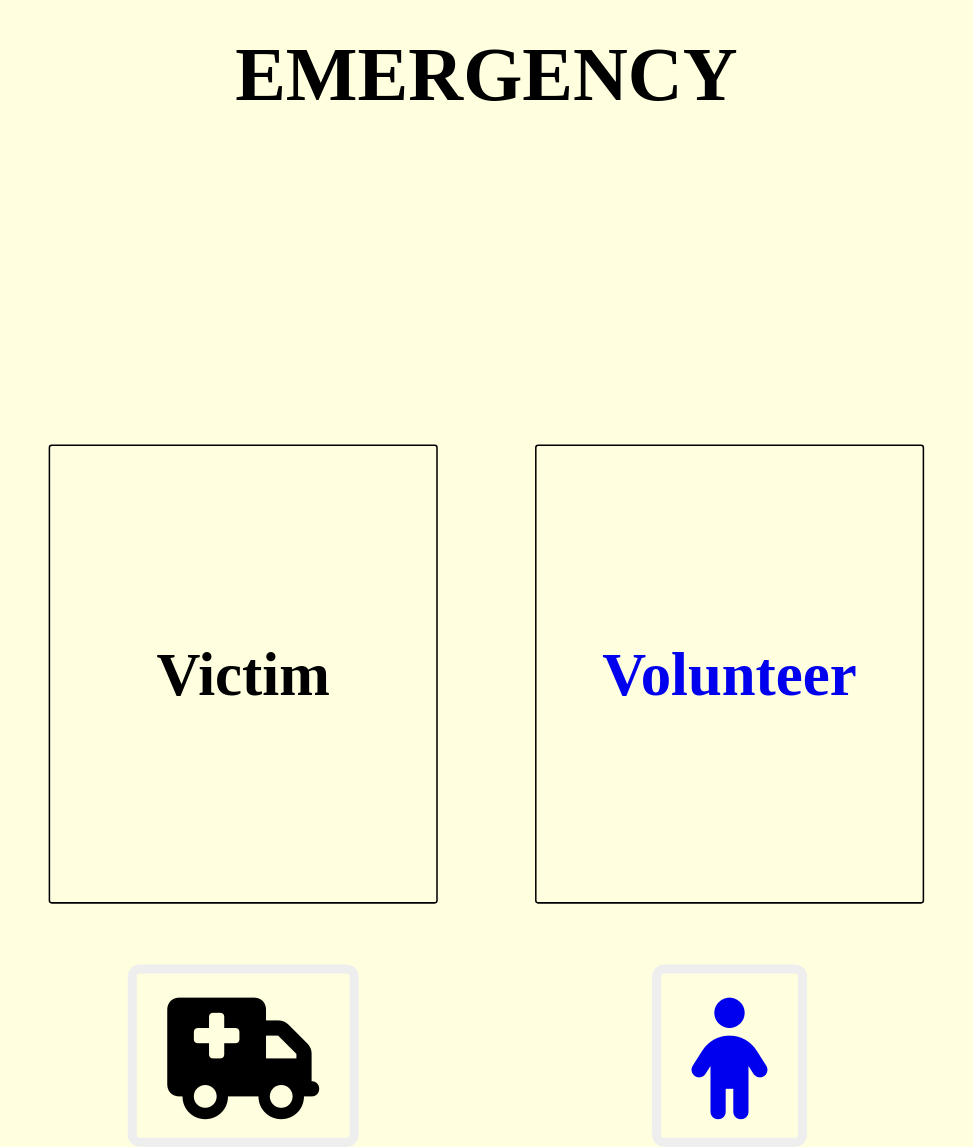
Repository: KittichoteKamalapirat/EMS-management-system
Page: index.html
The author's editor kept a record of every edit. The page is drawn from the files as they stood at one moment, then again after the next edit.
The browser window is 1280 px wide. The pictures show the whole page, at 76% of full size.
Some web libraries are served in a nearby version.

Above is the page before.
Console error: ReferenceError: $ is not defined

### index.html
<!DOCTYPE>
<!DOCTYPE html>
<html>
<head>
    <meta charset = "utf-8">
    <link rel = "stylesheet" href="/css/index.css" type="text/css" />
    <script src="https://use.fontawesome.com/804afe4c6e.js"></script>

    <!--<link rel = "stylesheet" href="/css/hamburger.css" type="text/css" />-->
    <!--<script src="https://ajax.googleapis.com/ajax/libs/jquery/3.3.1/jquery.min.js"></script>-->


</head>

<body>
    <header class = "head-list">
        <h2 class = "head-tag">EMERGENCY</h2>
    </header>
    <div class = "splet-boxes">
    <div class="left-box">
        <p>Victim</p>
        <i class="fa fa-ambulance fa-2x fa-border"></i>
    </div>

    <a href="/skills"><div class="right-box">

        <p>Volunteer</p>
        <i class="fa fa-child fa-2x fa-border"></i>
    </div>
    </a>
    </div>

    <script src='/javascript/index.js'></script>

</body>

</html>

### public/css/index.css
body {
  background: #FFFFE0;
}

  /* Always set the map height explicitly to define the size of the div
       * element that contains the map. */
      #map {
        height: 100%;
      }
      /* Optional: Makes the sample page fill the window. */
      html, body {
        height: 100%;
        margin: 0;
        padding: 0;
      }


/*modal box*/

.head-tag{
  margin-top: 40px;
}
.bg-modal {
  width:100%;
  height: 100%;
  background-color: rgba(0, 0, 0, 0.8);
  position: absolute;
  top: 0;
  display: none;
  justify-content: center;
  align-items: center; }


.bg-modal .close {
  position: absolute;
  font-size: 3rem;
　right: 1rem;
  top: 0, 5rem;
  transform: rotate(45deg);
  cursor: pointer; }


.box{
  display: grid¥;
  justify-content: center;
  margin: 0 auto;
  padding: 5rem;
  width: 50%;
  background-color: white;
  position: relative;
 }

 /*html1について*/
.header {
  height: 100px;
  width:100%;
  gackgroud: #E9967A;
}
.splet-boxes {
  margin-top: 350px;
}

.left-box {
  margin-left:5%;
  font-size: 80px;
  float: left;
  width:40%;
  text-align: center;
  height: 600px;
  line-height: 600px;
  cursor: pointer;
}
p {
  font-weight: bold;
  border-radius: 4px;
  border: 2px solid black;
}

.right-box {
  margin-right:5%;
  font-size: 80px;
  float: right;
  width:40%;
  text-align: center;
  height: 600px;
  line-height: 600px;
  cursor: pointer;
}
.left-box p:hover {
  background: #FF0000;
  opacity: 0.7;
}
.right-box p:hover {
  background: #66FF99;
  opacity: 0.7;
}


/*html２について*/
.select-skill {
  font-size: 100px;
  text-align: center;
  font-weight: bold;
  margin-top: 100px;
}
li > input {
  position:relative;
   width: 50px;
   height:50px;
  float: left;
  margin: 50px 40px 0 20px;
  transform:scale(1.5);
}

.scrollWrap {
  width: 100%;
  margin: 0px auto;
  overflow: auto;
}
.scrollContent ul {
  margin-top: 50px;
  list-style: none;
  background: white;
  padding: 0;
  position: relative;
}
.scrollContent ul li {
  margin-bottom: 30px;
  font-size: 30px;
  height: 150px;
  line-height: 150px;
  border:1px solid black;
  border-left: solid 6px #2d8fdd;
  position: relative;
}
.selected {
  background: #FFDDFF;
  opacity: 0.5;
}
/*スクロールバーの幅*/
::-webkit-scrollbar {
    width: 6px;
}
/*スクロールバーのレール*/
::-webkit-scrollbar-track {
  border-radius: 30px;
  background: #eee;
}
/*スクロールバーのつまみ*/
::-webkit-scrollbar-thumb {
  border-radius: 30px;
  background: #81D4FA;
}

a {
  text-decoration: none;
}

#decide {
  margin:100px auto 100px;
  font-size: 60px;
  width: 600px;
  padding: 20px 60px 30px 60px;
  text-align: center;
  display: block;
  color: white;
  background: rgb(34,181,115);
　font-size: 70px;
　border-radius: 20px;
　text-align: center;
　line-height: 100px;
}


/*html3について*/
h2 {
  text-align: center;
  font-size: 100px;
}
.loading {
  margin-top: 300px;
}

.icon {
  margin: 0 auto;
  width: 100%;
  text-align: center;
  font-size: 100px;
  transition: .4s;
}
.wait {
  margin-top: 0;
}
.thanks {
  margin: 0 auto;
  width: 100%;
  text-align: center;
  font-size: 100px;
}

.container{
    margin: 0 auto;
    text-align:center;
}
.can {
  margin-top: 300px;
}

#loading{
    margin: 0 auto;
    display: block;
    width: 400px;
}
.fa-check-circle:before {
  color: rgb(34,181,115);
}

.go {
  margin:350px auto 100px;
  text-decoration: none;
  text-align: center;
  font-size: 50px;
  border:1px solid black;
  border-radius: 5px;
  display: block;
  color:white;
  background: rgb(34,181,115);
  width:600px;
  height: 100px;
  line-height: 100px;
}


/*direction button for map page*/

#map{
  position: fixed;
  z-index:0;
}
.direction-button{
  font-size: 20px;
  position: relative;
  color: white;
  bottom: 60px;
  left: 20px;
  z-index:10;
  padding: 10px 20px;
  border-radius: 5px;
  background-color: rgb(0,113,188);
  box-shadow: 5px 5px 5px rgba(0, 0, 0, .5);
}

### public/javascript/index.js
// turn 3 stripes to X
$("#hamburger").click(function(){
  $("#hamburger").toggleClass("is-active")
});

// toggle nav bar
$("#hamburger").click(function(){
  $("ul").toggleClass("active")
});

// $("#hamburger").click(function(){
//   $(".backtohome").toggleClass("not-active")
// });

After the next edit:
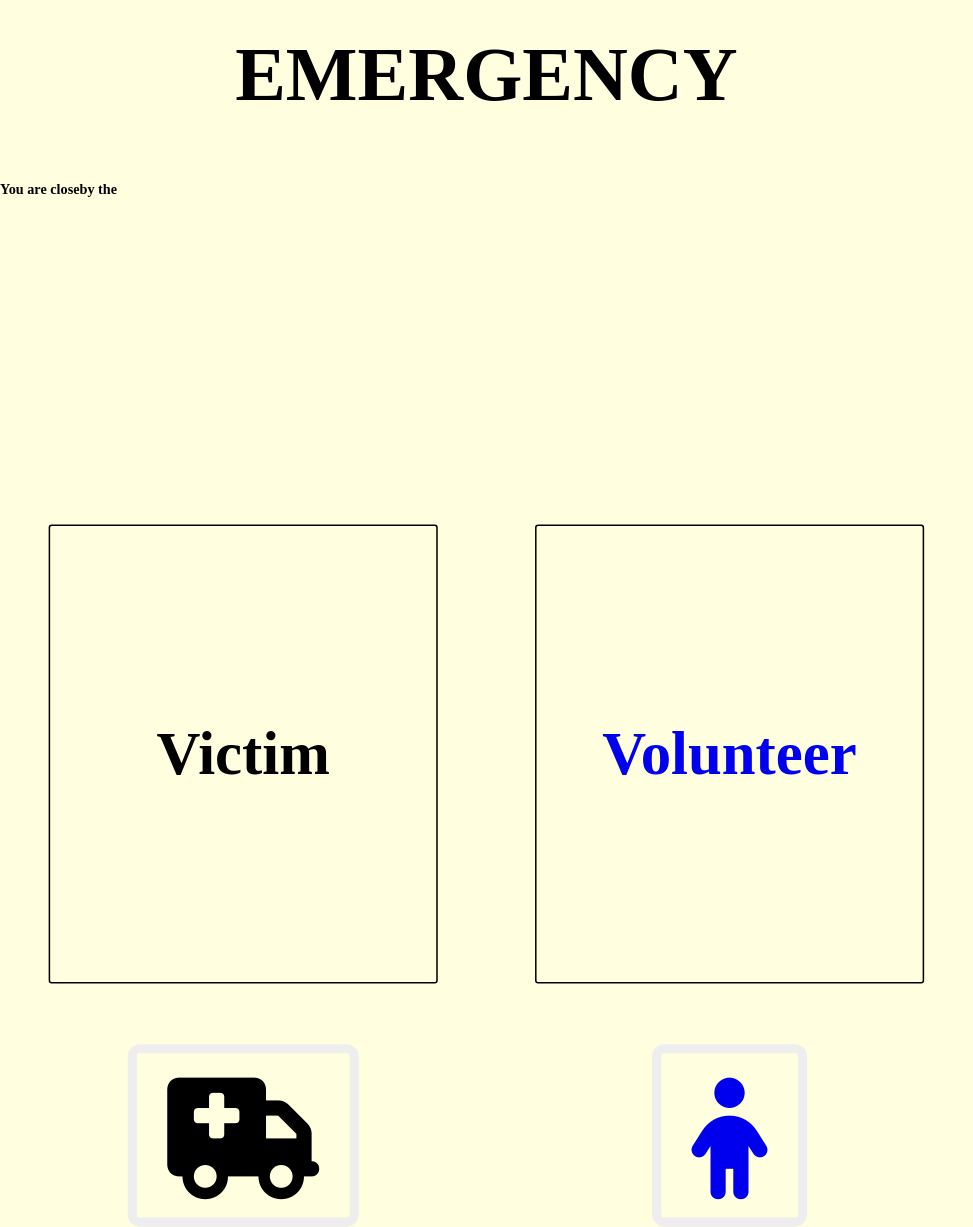
The edit:
--- a/index.html
+++ b/index.html
@@ -15,6 +15,8 @@
 <body>
     <header class = "head-list">
         <h2 class = "head-tag">EMERGENCY</h2>
+
+        <h3 class = "head-tag">You are closeby the </h3>
     </header>
     <div class = "splet-boxes">
     <div class="left-box">
